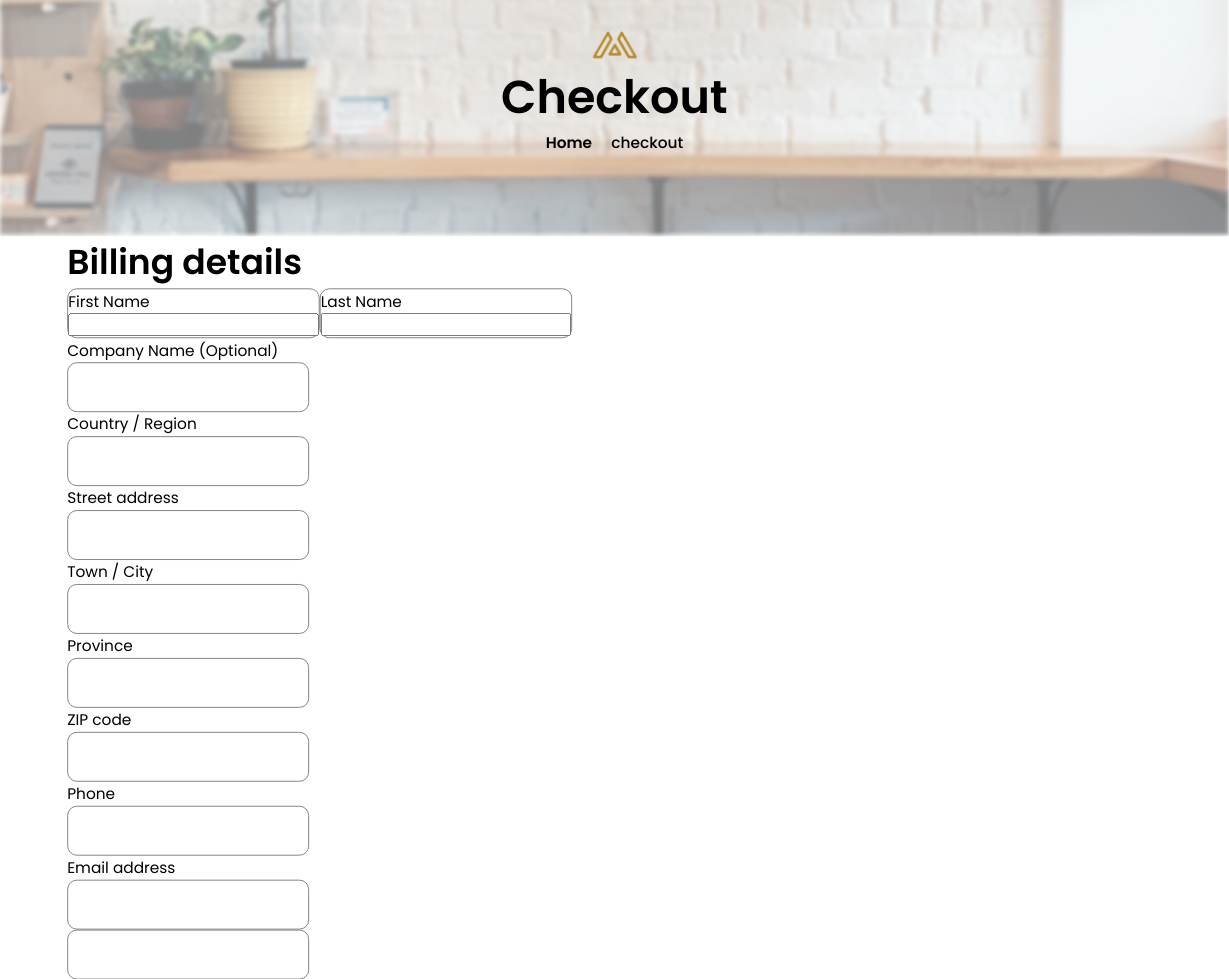
Repository: DT2301/project
Page: checkout.html
The author's editor kept a copy of each file at every save. The page is drawn from the files as they stood at one save, then again after a run of saves.
The browser window is 1280 px wide. The pictures show the part of the page from y = 142 to 1162 px (the page is 1162 px tall before and 1117 px after), at 96% of full size.
A picture or video elsewhere on the page could not be fetched, so the positions and the page height are approximate.

Above is the page before, as saved 2024-01-08 09:39:52.

### checkout.html
<!DOCTYPE html>
<html lang="en">

<head>
    <meta charset="UTF-8">
    <meta name="viewport" content="width=device-width, initial-scale=1.0">
    <title>Document</title>
    <link rel="preconnect" href="https://fonts.googleapis.com">
    <link rel="preconnect" href="https://fonts.gstatic.com" crossorigin>
    <link
        href="https://fonts.googleapis.com/css2?family=Poppins:ital,wght@0,400;0,500;0,600;0,700;1,400;1,600;1,700&display=swap"
        rel="stylesheet">
    <link rel="stylesheet" href="checkout.css">
</head>

<body>
    <header>
        <div class="sidebar">
            <div class="logo">
                <a href=""> <img srcset="./image/logox2.png 2x" alt=""></a>
            </div>
            <ul class="sidebar__menu--center">
                <li class="menu menu--home">
                    <a href="#">Home</a>
                </li>
                <li class="menu menu--shop">
                    <a href="#">Shop</a>
                </li>
                <li class="menu menu--about">
                    <a href="#">About</a>
                </li>
                <li class="menu menu--contact">
                    <a href="#">Contact</a>
                </li>
            </ul>
            <ul class="sidebar__menu--icon">
                <li class="menu menu--user">
                    <a href="#">
                        <span>
                            <ion-icon name="person-outline"></ion-icon>
                        </span>
                    </a>
                </li>
                <li class="menu menu--search">
                    <a href="#">
                        <span>
                            <ion-icon name="search-outline"></ion-icon>
                        </span>
                    </a>
                </li>
                <li class="menu menu--heart">
                    <a href="#">
                        <span>
                            <ion-icon name="heart-outline"></ion-icon>
                        </span>
                    </a>
                </li>
                <li class="menu menu--cart">
                    <a href="#">
                        <span>
                            <ion-icon name="cart-outline"></ion-icon>
                        </span>
                    </a>
                </li>
            </ul>
        </div>
        <div class="background_cart">
            <div class="cart_infor">
                <img srcset="./image/logoFontx2.png 2x" alt="">
                <h3>Checkout</h3>
                <div>
                    <span>Home</span>
                    <ion-icon name="chevron-forward-outline"></ion-icon>
                    <span>checkout</span>
                </div>
            </div>
        </div>
    </header>

    <main>
        <div class="billingdetail">
            <h2>Billing details</h2>
            <div class="input input_name">
                <div>
                    <label>First Name</label>
                    <input type="text">
                </div>
                <div>
                    <label>Last Name</label>
                    <input type="text">
                </div>
            </div>
            <div class="input ">
                <label>Company Name (Optional)</label>
                <input type="text">
            </div>
            <div class="input ">
                <label>Country / Region</label>
                <input type="text">
            </div>
            <div class="input ">
                <label>Street address</label>
                <input type="text">
            </div>
            <div class="input ">
                <label>Town / City</label>
                <input type="text">
            </div>
            <div class="input ">
                <label>Province</label>
                <input type="text">
            </div>
            <div class="input ">
                <label>ZIP code</label>
                <input type="number">
            </div>
            <div class="input ">
                <label>Phone</label>
                <input type="number">
            </div>
            <div class="input ">
                <label>Email address</label>
                <input type="email">
            </div>
            <div class="input ">
                <label></label>
                <input type="text">
            </div>
        </div>
    </main>
</body>

</html>

### checkout.css
* {
  padding: 0;
  margin: 0;
  font-family: "Poppins", sans-serif;
  color: black;
}

a,
ul {
  list-style: none;
  text-decoration: none;
}

.sidebar {
  display: flex;
  flex-direction: row;
  justify-content: center;
  align-items: center;
  background-color: white;
  width: 100%;
  height: 100px;
}

.logo {
  position: absolute;
  left: 50px;
}

.sidebar__menu--center {
  width: 30%;
  display: flex;
  justify-content: space-between;
  font-size: 16px;
  font-weight: 500;
  line-height: 24px;
}

.sidebar__menu--icon {
  display: flex;
  width: 15%;
  position: absolute;
  justify-content: space-between;
  right: 70px;
  font-size: 25px;
}

.background_cart {
  background-image: url(./image/background_cart.png);
  width: 100%;
  height: 18rem;
  background-size: cover;
}

.cart_infor img {
  width: 77px;
  height: 77px;
}

.cart_infor {
  display: flex;
  flex-direction: column;
  justify-content: center;
  align-items: center;
  padding-top: 50px;
}

.cart_infor h3 {
  margin-top: -20px;
  font-size: 48px;
  font-weight: 600;
  line-height: 72px;
  text-align: left;
}

.cart_infor div {
  display: flex;
  flex-direction: row;
  align-items: center;
}

.cart_infor ion-icon {
  margin-right: 10px;
  margin-left: 10px;
}

.cart_infor span {
  font-size: 16px;
  font-weight: 600;
  line-height: 24px;
  text-align: left;
}

.cart_infor span:last-child {
  font-weight: 500;
}

.billingdetail {
  display: flex;
  flex-direction: column;
  width: 610px;
  margin-left: 70px;
}

.billingdetail h2 {
  font-size: 36px;
  font-weight: 600;
  line-height: 54px;
  text-align: left;
}

.billingdetail span {
  font-size: 16px;
  font-weight: 500;
  line-height: 24px;
  text-align: left;
  color: #000000;
}

.billingdetail .input_name {
  display: flex;
  flex-direction: row;
}

.billingdetail .input_name div {
  display: flex;
  flex-direction: column;
}

.billingdetail .input_name > div {
  height: 50px;
  border-radius: 10px;
  border: 1px solid grey;
}

.billingdetail .input:not(:first-child) > input {
  width: 250px;
  height: 50px;
  border-radius: 10px;
  border: 1px solid grey;
  display: flex;
  flex-direction: column;
}

After the next 2 saves:
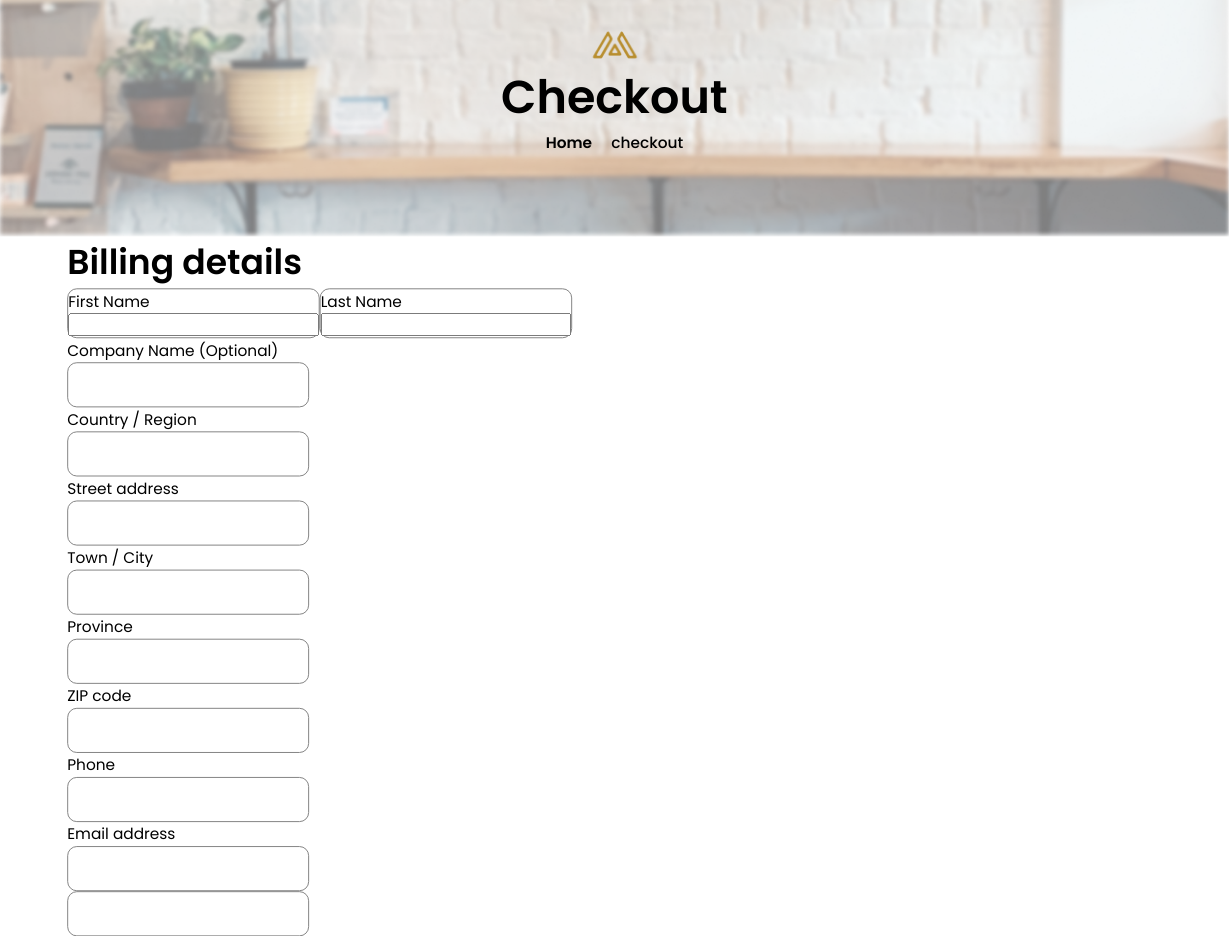
The 2 saves are shown as one change because they came seconds apart.
The last was saved 10 s later.
--- a/checkout.css
+++ b/checkout.css
@@ -134,7 +134,7 @@ ul {
 
 .billingdetail .input:not(:first-child) > input {
   width: 250px;
-  height: 50px;
+  height: 45px;
   border-radius: 10px;
   border: 1px solid grey;
   display: flex;
